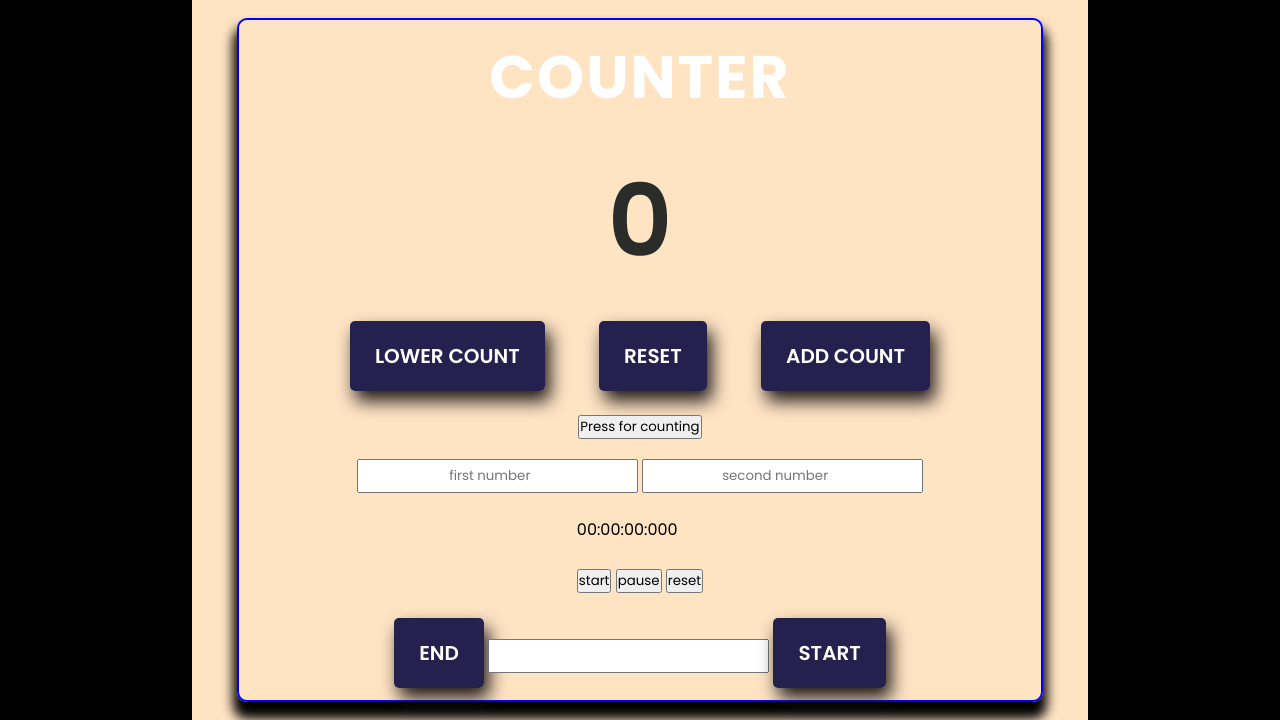
Repository: Seryozha02/Calculator
Page: index.html
The author's editor kept a copy of each file at every save. The page is drawn from the files as they stood at one save, then again after the next save.
The browser window is 1280 px wide. The pictures show the whole page.

Above is the page before, as saved 2022-02-20 13:44:28.
Not found: script.js

### index.html
<!DOCTYPE html>
<html lang="en">
  <head>
    <meta charset="UTF-8" />
    <meta http-equiv="X-UA-Compatible" content="IE=edge" />
    <meta name="viewport" content="width=device-width, initial-scale=1.0" />
    <link rel="stylesheet" href="./style.css" />
    <title>Counter</title>
  </head>
  <body>
    <div class="body">
      <div class="parent">
          <div class="main">
              <div class="countText">
                  <h1>COUNTER</h1>
              </div>
              <div class="number">
                  <p id="num">0</p>
              </div>
              <div class="options">
                  <button class="leftButton">LOWER COUNT</button>
                  <button class="centerButton">RESET</button>
                  <button class="rightButton">ADD COUNT</button>
              </div>
              <div class="addABParent">
                  <button class="addAB">Press for counting</button>
                  <input type="number" id="inputNum1" placeholder="first number"><span class="plyus"></span>
                  <input type="number" id="inputNum2" placeholder="second number"><span class="equals"></span>
                  <span id="valueOfSum"></span>
              </div>
              <form name="form_main">
                  <div>
                      <span id="hour">00</span>:<span id="minute">00</span>:<span id="second">00</span>:<span id="millisecond">000</span>
                  </div>
                  <br />
                  <button class="start" type="button" name="start">start</button>
                  <button class="pause" type="button" name="pause">pause</button>
                  <button class="reset" type="button" name="reset">reset</button>
              </form>
              <div class="options">
                  <button class="fibonLeft">END</button>
                  <input id="inputNumFibo">
                  <button class="fibonRight">START</button>
              </div>
          </div>
      </div>
  </div>
    <script src="script.js"></script>
  </body>
</html>

### style.css
@import url('https://fonts.googleapis.com/css2?family=Poppins:wght@200;300;400;500;600;700&display=swap');
* {
    margin: 0;
    padding: 0;
    box-sizing: border-box;
    font-family: 'Poppins', sans-serif;
}

.body {
    background-color: black;
    position: absolute;
    width: 100%;
    height: 100%;
    display: flex;
    align-items: center;
    justify-content: center;
}

.parent {
   background-color:bisque;
    position: relative;
    width: 70%;
    height: 100%;
    display: flex;
    align-items: center;
    justify-content: center;
}

.main {
    position: relative;
    width: 90%;
    height: 95%;
    display: flex;
    align-items: center;
    justify-content: center;
    flex-direction: column;
    border: 2px solid blue;
    border-radius: 10px;
    box-shadow: 0px 13px 12px 4px;
    display: flex;
    flex-direction: column;
    justify-content: space-around;
}

.countText {
    display: flex;
    align-items: center;
    justify-content: center;
    letter-spacing: 2px;
    color: white;
    font-size: 30px;
}

.number {
    font-size: 100px;
    font-weight: 600;
    color: rgb(42, 44, 42);
}

.options button {
    background-color: rgba(7, 7, 63, 0.884);
    border-radius: 5px;
    color: white;
    font-size: 20px;
    font-weight: 600;
    cursor: pointer;
    border: none;
    padding: 20px 25px 20px 25px;
    box-shadow: 5px 10px 18px #1D1717;
}
.start, .reset, .pause{
    cursor: pointer;
}

.options button:hover,
.btn button:hover {
    transform: scale(0.96);
}

.options button.leftButton {
    margin-right: 50px;
}

.options button.rightButton {
    margin-left: 50px;
}

.addABParent {
    text-align: -webkit-center;
}

.addAB {
    display: flex;
    margin-bottom: 20px;
    cursor: pointer;
}

input {
    padding: 5px 10px;
    text-align: center;
}

After the next save:
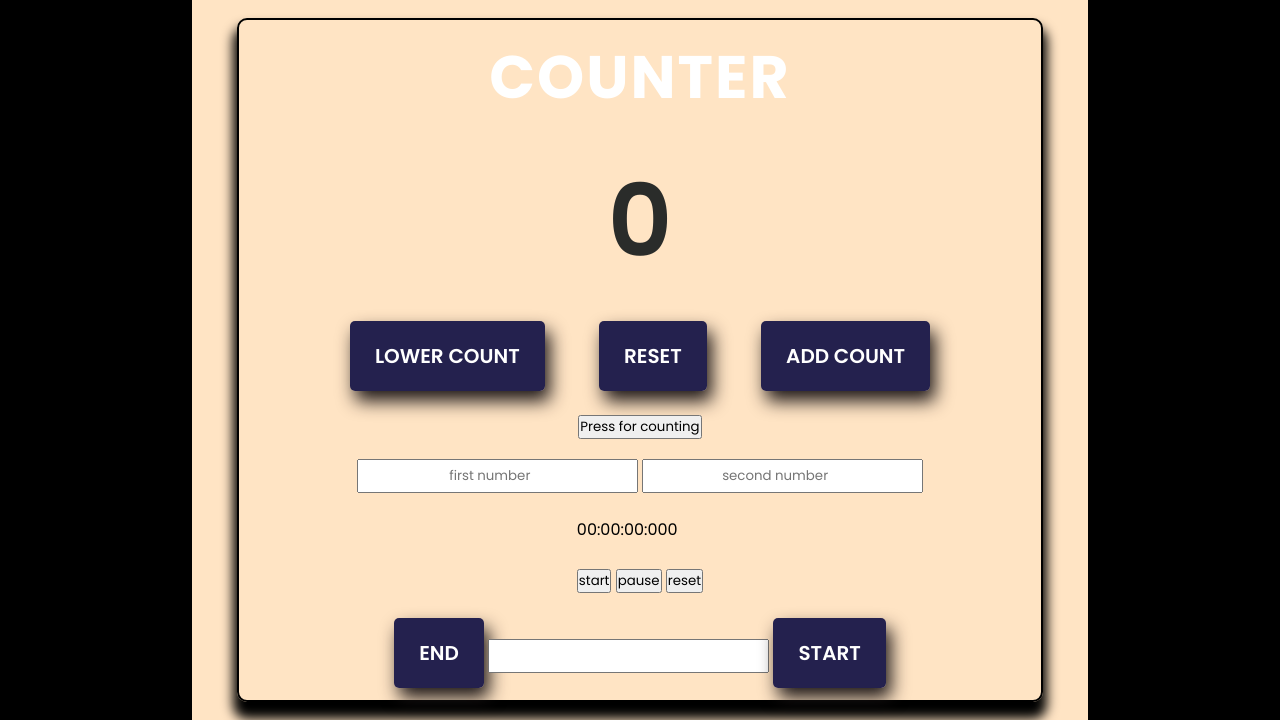
Saved 10 s later.
--- a/style.css
+++ b/style.css
@@ -34,7 +34,7 @@
     align-items: center;
     justify-content: center;
     flex-direction: column;
-    border: 2px solid blue;
+    border: 2px solid black;
     border-radius: 10px;
     box-shadow: 0px 13px 12px 4px;
     display: flex;
